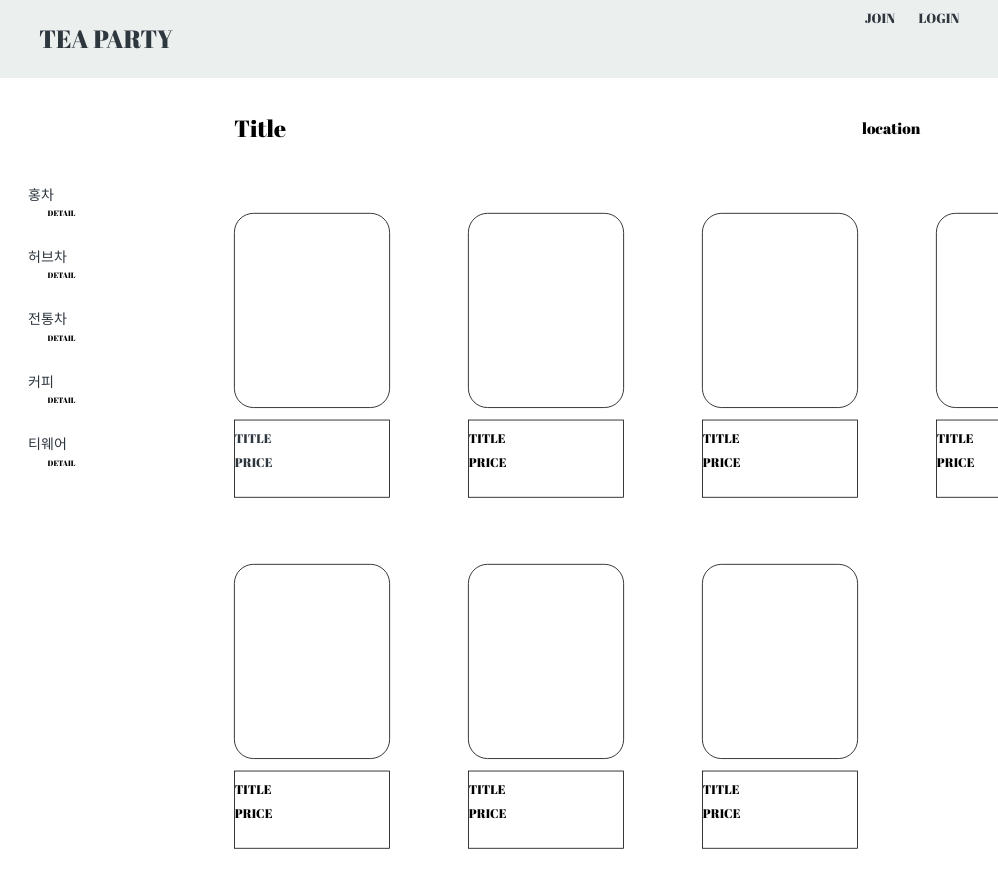
Repository: jjucc99/EZEN_PROJECT
Page: http://localhost/Project_Tea_party_12_31_humm/WEB-INF/views/main/main.jsp
These files come from the project's save history. The page is drawn as it stood at one moment and after the next save; the edit follows.
The browser window is 1280 px wide. The pictures show the whole page, at 78% of full size.
The page is served by Tomcat 9. Nobody is signed in. Other server files are loaded and not shown. The template is opened directly, without the code that normally fills it, so the values that code supplies are empty.

Above is the page before, as saved 2021-12-31 01:26:36.

### Project_Tea_party_12_31_humm/src/main/webapp/WEB-INF/views/main/main.jsp
<%--
  Created by IntelliJ IDEA.
  User: jjucc
  Date: 2021-12-28
  Time: 오전 11:15
  To change this template use File | Settings | File Templates.
--%>
<%@ page contentType="text/html;charset=UTF-8" language="java" %>
<%@ taglib uri="http://java.sun.com/jsp/jstl/core" prefix="c" %>
<html>
<head>
    <meta charset="UTF-8"/>
    <meta http-equiv="X-UA-Compatible" content="IE=edge"/>
    <meta name="viewport" content="width=device-width, initial-scale=1.0"/>
    <title>TEA PARTY</title>
    <link rel="stylesheet" href="<c:url value="/resources/css/style.css"/>"/>
</head>
<body>
<body>
<%
    String checkLogin = (String) session.getAttribute("checkLogin");
    Character checkAdmin = (Character) session.getAttribute("checkAdmin");
    Character checkMember = (Character) session.getAttribute("checkMember");
%>
<!-- $header -->
<header class="main_header">
    <div class="header_title_conteiner">
        <div class="header_title_title">
            <div class="header_title"><a href="/main">TEA PARTY</a></div>
        </div>
        <div class="header_controller_conteiner">
            <%
                if (checkLogin == "success" && checkMember == 'N') {
            %>
            <div class="header_controller">
                <a href="/mypage">MY PAGE</a>
            </div>
            <div class="header_controller">
                <a href="/cart.pay">MY SHOPPING</a>
            </div>
            <div class="header_controller">
                <a href="/logout">LOGOUT</a>
            </div>
            <%
                if (checkAdmin != 'N') {
            %>
            <div class="header_controller">
                <a href="/admin.ad">ADMIN</a>
            </div>
            <%
                }
            %>
            <%
            } else {
            %>
            <div class="header_controller">
                <a href="/join">JOIN</a>
            </div>
            <div class="header_controller">
                <a href="/login">LOGIN</a>
            </div>
            <%
                }
            %>

        </div>
    </div>
    </div>
</header>
<!-- $aside -->
<aside>
    <div class="collection_container">
        <div class="collection_context">
            <div class="collection_block">
                <div class="collection_title"><a href="/cate.item?cate_code=1">홍차</a></div>
                <div class="collecion_category">DETAIL</div>
            </div>
            <div class="collection_block">
                <div class="collection_title"><a href="/cate.item?cate_code=2">허브차</a></div>
                <div class="collecion_category">DETAIL</div>
            </div>
            <div class="collection_block">
                <div class="collection_title"><a href="/cate.item?cate_code=3">전통차</a></div>
                <div class="collecion_category">DETAIL</div>
            </div>
            <div class="collection_block">
                <div class="collection_title"><a href="/cate.item?cate_code=4">커피</a></div>
                <div class="collecion_category">DETAIL</div>
            </div>
            <div class="collection_block">
                <div class="collection_title"><a href="/cate.item?cate_code=5">티웨어</a></div>
                <div class="collecion_category">DETAIL</div>
            </div>
        </div>
    </div>
</aside>
<!-- $section -->
<section>
    <div class="item_container">
        <div class="item_container_title">
            <div class="item_container_title_title">
                Title
            </div>
            <div class="item_container_title_location">
                location
            </div>
        </div>
        <div class="item_container_items">
            <!-- 아이템의 숫자에 따라 자동으로 늘어나는 슬롯 -->
            <a href="/oneItem.item?item_code=CateListVO.item_code">
            <div class="item_container_item">
                <div class="item_item_img"></div>
                <div class="item_item_context">
                    <div class="item_item_title">TITLE</div>
                    <div class="item_item_price">PRICE</div>
                </div>
            </div>
            </a>
            <!-- end -->
            <!-- 아이템의 숫자에 따라 자동으로 늘어나는 슬롯 -->
            <div class="item_container_item">
                <div class="item_item_img"></div>
                <div class="item_item_context">
                    <div class="item_item_title">TITLE</div>
                    <div class="item_item_price">PRICE</div>
                </div>
            </div>
            <!-- end -->
            <!-- 아이템의 숫자에 따라 자동으로 늘어나는 슬롯 -->
            <div class="item_container_item">
                <div class="item_item_img"></div>
                <div class="item_item_context">
                    <div class="item_item_title">TITLE</div>
                    <div class="item_item_price">PRICE</div>
                </div>
            </div>
            <!-- end -->
            <!-- 아이템의 숫자에 따라 자동으로 늘어나는 슬롯 -->
            <div class="item_container_item">
                <div class="item_item_img"></div>
                <div class="item_item_context">
                    <div class="item_item_title">TITLE</div>
                    <div class="item_item_price">PRICE</div>
                </div>
            </div>
            <!-- end -->
            <!-- 아이템의 숫자에 따라 자동으로 늘어나는 슬롯 -->
            <div class="item_container_item">
                <div class="item_item_img"></div>
                <div class="item_item_context">
                    <div class="item_item_title">TITLE</div>
                    <div class="item_item_price">PRICE</div>
                </div>
            </div>
            <!-- end -->
            <!-- 아이템의 숫자에 따라 자동으로 늘어나는 슬롯 -->
            <div class="item_container_item">
                <div class="item_item_img"></div>
                <div class="item_item_context">
                    <div class="item_item_title">TITLE</div>
                    <div class="item_item_price">PRICE</div>
                </div>
            </div>
            <!-- end -->
            <!-- 아이템의 숫자에 따라 자동으로 늘어나는 슬롯 -->
            <div class="item_container_item">
                <div class="item_item_img"></div>
                <div class="item_item_context">
                    <div class="item_item_title">TITLE</div>
                    <div class="item_item_price">PRICE</div>
                </div>
            </div>
            <!-- end -->
        </div>
    </div>
</section>
</body>

</body>
</html>

### Project_Tea_party_12_31_humm/src/main/webapp/resources/css/style.css
@import url("https://fonts.googleapis.com/css2?family=Abril+Fatface&display=swap");
@import "reset.css";
@import "main_header.css";
@import "title_header.css";
@import "items_container.css";
@import "login.css";
@import "my_page.css";
@import "join.css";
@import "my_shopping.css";
@import "pay.css";
@import "order.css";
@import "order_list.css";

* {
  box-sizing: border-box;
}
body {
  font-family: "Abril Fatface", cursive;
  overflow: auto;
}

### Project_Tea_party_12_31_humm/src/main/webapp/resources/css/reset.css
html,
body,
div,
span,
applet,
object,
iframe,
h1,
h2,
h3,
h4,
h5,
h6,
p,
blockquote,
pre,
a,
abbr,
acronym,
address,
big,
cite,
code,
del,
dfn,
em,
img,
ins,
kbd,
q,
s,
samp,
small,
strike,
strong,
sub,
sup,
tt,
var,
b,
u,
i,
center,
dl,
dt,
dd,
ol,
ul,
li,
fieldset,
form,
label,
legend,
table,
caption,
tbody,
tfoot,
thead,
tr,
th,
td,
article,
aside,
canvas,
details,
embed,
figure,
figcaption,
footer,
header,
hgroup,
menu,
nav,
output,
ruby,
section,
summary,
time,
mark,
audio,
video {
  margin: 0;
  padding: 0;
  border: 0;
  font-size: 100%;
  font: inherit;
  vertical-align: baseline;
}
/* HTML5 display-role reset for older browsers */
article,
aside,
details,
figcaption,
figure,
footer,
header,
hgroup,
menu,
nav,
section {
  display: block;
}
body {
  line-height: 1;
}
ol,
ul {
  list-style: none;
}
blockquote,
q {
  quotes: none;
}
blockquote:before,
blockquote:after,
q:before,
q:after {
  content: "";
  content: none;
}
table {
  border-collapse: collapse;
  border-spacing: 0;
}

input:focus {
  outline: none;
}

a {
  color: #2e363e;
  text-decoration: none;
}

### Project_Tea_party_12_31_humm/src/main/webapp/resources/css/main_header.css
body {
  font-family: "Abril Fatface", cursive;
}

.main_header {
  width: 100%;
  position: fixed;
  background-color: #ebf0ef;
}

.header_title_conteiner {
  width: 100%;
  height: 100px;
  display: flex;
  justify-content: space-between;
}

.header_title_title {
  margin-left: 50px;
  display: flex;
  align-items: center;
  font-size: 32px;
}

.header_controller_conteiner {
  font-size: 17px;

  width: 500px;
  margin-top: 15px;
  margin-right: 20px;

  justify-content: flex-end;
  display: flex;
}

.header_controller {
  margin-right: 30px;
}

.collection_container {
  position: fixed;
  height: 100%;
  width: 250px;
  top: 100px;
  display: flex;
  justify-content: center;
  align-items: center;
}

.collection_context {
  margin-bottom: 70px;
  margin-right: 25px;
  width: 80%;
  height: 650px;
  display: flex;
  flex-direction: column;
  align-items: center;
  justify-content: center;
  padding-top: 10px;
}

.collection_block {
  width: 80%;
  height: 80px;
  display: flex;
  flex-direction: column;
  align-items: center;
}

.collection_title {
  margin: 10px 0px;
  width: 80%;
  height: 20px;
  margin-right: 25px;
  font-size: 18px;
}

.collecion_category {
  width: 80%;
  height: 60px;
  margin-left: 25px;
  font-size: 10px;
}

.item_container_img_box {
  width: 100%;
  height: 400px;

  background-color: aquamarine;
  display: flex;
  justify-content: center;
}

.item_container_img {
  width: 800px;
  height: 400px;

  background-color: blueviolet;
}

### Project_Tea_party_12_31_humm/src/main/webapp/resources/css/title_header.css
.title_header {
  width: 100%;
  height: 200px;
  background-color: #5e4540;
  color: white;
}

.title_header h1 {
  font-size: 50px;
  margin-bottom: 60px;
  margin-top: 35px;
}

.header_in_door {
  text-decoration: none;
  font-size: 20px;
  color: white;
}

.header_container {
  display: flex;
  align-items: center;
  flex-direction: column;
}

.header_space {
  width: 100%;
  height: 300px;
  background-color: #402009;
}

.header_space {
  display: flex;
  justify-content: center;
  align-items: center;
}

.header_space_text {
  width: 70%;
  height: 70%;
  border: 2px solid white;
}

.img_container {
  width: 100%;
  height: 800px;
  background-repeat: no-repeat;
  background-position: center;
  display: flex;
  justify-content: center;
  align-items: center;
}

.in_cafe {
  background-image: url("../img/in_cafe.jpg");
}
/*../../../../../../../design*/
.in_bed {
  background-image: url("../img/in_bed.jpg");
}

.img_detail {
  width: 70%;
  height: 70%;
  border-top: 2px solid white;
}

.img_detail a {
  color: white;
  font-size: 50px;
}

### Project_Tea_party_12_31_humm/src/main/webapp/resources/css/items_container.css
body {
  width: 100%;
  height: auto;
  overflow: auto;
}

section {
  width: 100%;
  height: auto;
  overflow: auto;
}

.item_container {
  width: auto;
  height: auto;
  margin-top: 100px;
  margin-left: 250px;
  overflow: auto;
}

.item_container_title {
  margin: 50px 0px;
  margin-right: 100px;
  margin-left: 50px;
  display: flex;
  justify-content: space-between;
  align-items: center;
}

.item_container_title_title {
  font-size: 30px;
}

.item_container_title_location {
  font-size: 20px;
}
.item_container_items {
  display: grid;
  grid-template-columns: repeat(4, minmax(300px, auto));
  grid-template-rows: repeat(auto-fit, minmax(450px, auto));
}

.item_container_item {
  width: 300px;
  height: 450px;
  display: flex;
  flex-direction: column;
  justify-content: space-around;
  align-items: center;
  padding: 35px 0px;
}

.item_item_img {
  width: 200px;
  height: 250px;
  border: 1px solid black;
  border-radius: 25px;
}

.item_item_context {
  width: 200px;
  height: 100px;
  border: 1px solid black;
}
.item_item_context {
  display: flex;
  justify-content: flex-start;
  align-items: flex-start;
  flex-direction: column;
}

.item_item_title {
  margin: 15px 0px;
}

### Project_Tea_party_12_31_humm/src/main/webapp/resources/css/login.css
main {
  height: 600px;
  display: flex;
  justify-content: center;
  align-items: center;
  flex-direction: column;
}

.login_container {
  width: 400px;
  height: 450px;
  display: flex;
  justify-content: center;
  border-bottom: 1px solid rgba(0, 0, 0, 0.1);
}

.login_title {
  margin-top: 40px;
  margin-bottom: 80px;
  text-align: center;
  font-size: 30px;
}

.login_context {
  display: flex;
  justify-content: center;
  align-content: center;
  flex-direction: column;
}

.login_box {
  display: flex;
  flex-direction: column;
  margin-bottom: 20px;
}

.login_box input {
  margin-top: 10px;
  width: 300px;
  height: 32px;
  border-radius: 8px;
  border: 0.5px solid rgba(0, 0, 0, 0.3);
}

.login_subbit {
  margin-top: 40px;
}

.login_subbit input {
  width: 300px;
  height: 40px;
  border-radius: 8px;
  border: 0.5px solid rgba(0, 0, 0, 0.3);
}

.login_join {
  width: 300px;
  height: 40px;
  margin-top: 25px;

  border: 0.5px solid rgba(0, 0, 0, 0.3);
  border-radius: 8px;

  display: flex;
  justify-content: center;
  align-items: center;
  background-color: aquamarine;
}

### Project_Tea_party_12_31_humm/src/main/webapp/resources/css/my_page.css
body {
  width: 100%;
  height: auto;
  overflow: auto;
}

section {
  width: 100%;
  height: auto;
  overflow: auto;
}

.mypage_container {
  width: auto;
  height: auto;
  margin-top: 150px;
  padding: 1px 300px;
  overflow: auto;
}

.mypage_title {
  font-size: 25px;
  border-bottom: 1px solid rgba(0, 0, 0, 0.301);
  padding-bottom: 20px;
  margin-bottom: 50px;
}

.mypage_btns {
  width: 100%;
  height: auto;

  display: flex;
  justify-content: space-between;
  align-items: center;

  padding-bottom: 100px;
  border-bottom: 1px solid rgba(0, 0%, 0%, 0.3);
}

.mypage_btn {
  width: 250px;
  height: 60px;

  border: 1px solid black;
  border-radius: 15px;

  display: flex;
  justify-content: center;
  align-items: center;
}

### Project_Tea_party_12_31_humm/src/main/webapp/resources/css/join.css
body {
  width: 100%;
  height: auto;
  overflow: auto;
}

section {
  width: 100%;
  height: auto;
  overflow: auto;
}

.join_container {
  width: auto;
  margin-top: 100px;
  overflow: auto;
  padding: 0px 300px;
}

.join_container_title {
  font-size: 25px;
  border-bottom: 1px solid rgba(0, 0, 0, 0.301);
  padding-bottom: 20px;
  margin-bottom: 50px;
}

.join_container_context {
  padding: 50px;

  border-radius: 15px;
  border: 1px solid rgba(0, 0, 0, 0.3);
}

.join_container_item {
  margin-bottom: 20px;
  display: flex;
  flex-direction: column;
}

.join_container_item input {
  margin-top: 20px;
  width: 70%;
  height: 32px;
  border-radius: 10px;
  border: 1px solid rgba(0, 0, 0, 0.3);
}

.join_container_item:nth-child(1) {
  margin-bottom: 40px;
}

.join_container_item:nth-child(3) {
  margin-bottom: 40px;
}

.join_container_btn {
  width: 100%;
  height: auto;

  margin-top: 50px;

  display: flex;
  justify-content: space-around;
  align-items: center;
}

.join_container_btn input {
  width: 300px;
  height: 40px;
  border-radius: 8px;
  border: 0.5px solid rgba(0, 0, 0, 0.3);
}

.check {
  display: flex;
  justify-content: flex-start;
  align-items: center;
}

.check_first {
  margin-right: 50px;
}

.join_container_item input[type="radio"] {
  width: 15px;
  height: 15px;
}

.address {
  display: flex;
  flex-direction: column;
  margin-bottom: 30px;
}

.address input {
  width: 150px;
  height: 28px;
  border-radius: 8px;
  border: 0.5px solid rgba(0, 0, 0, 0.3);
  margin: 10px 0px;
  margin-right: 20px;
}

.address input[type="button"] {
  border: none;
  border-radius: 10px;
}

.address_search_second input {
  width: 275px;
  height: 28px;
}

### Project_Tea_party_12_31_humm/src/main/webapp/resources/css/order.css
main {
  width: auto;
  height: auto;
  padding: 0px 300px;
  margin-top: 100px;


}

.order_container {
  width: 100%;
  height: auto;

  border-bottom: 1px solid rgba(0, 0, 0, 0.3);
  margin-bottom: 100px;
}

.order_container_title {
  width: 100%;
  height: 50px;
  border-bottom: 1px solid rgba(0, 0, 0, 0.3);

  font-size: 28px;
  margin-bottom: 50px;
}

.oorder_container_items {
  margin-bottom: 50px;
}

.order_container_items_item_code {
  width: 100%;
  height: 50px;

  font-size: 18px;
  display: flex;
  align-items: flex-end;
  margin-bottom: 20px;
  padding-bottom: 20px;

  border-bottom: 1px solid rgba(0, 0, 0, 0.3);
}

.order_container_items_item_code span:last-child {
  margin-left: 30px;
}

.order_container_img {
  width: 120px;
  height: 120px;

}

.order_container_items_item_box {
  height: 100%;
  display: flex;
  justify-content: space-between;

  padding: 40px 0px;
}

.order_container_text {
  width: 40%;
  height: 120px;

  display: flex;
  align-items: center;
  justify-content: space-between;

  flex-direction: column;
}

.order_container_context {
  width: 30%;
  height: 120px;

  display: flex;
  align-items: center;
  justify-content: space-between;

  flex-direction: column;

}

.order_container_text_name {
  height: 30%;
  width: 80%;
}

.order_container_text_count {
  height: 30%;
  width: 80%;
}
.order_container_text_sum {
  height: 30%;
  width: 80%;
}

.order_container_context_date {
  height: 30%;
  width: 80%;

  display: flex;
  justify-content: center;
  align-items: center;
}
.order_container_context_delivery_status {
  height: 30%;
  width: 80%;

  display: flex;
  justify-content: center;
  align-items: center;
}

.order_container_context_btn {
  height: 30%;
  width: 80%;
}

.order_container_context_btn {
  display: flex;
  justify-content: space-between;
  align-items: center;
}

.order_container_context_btn input {
  border: none;
  border-radius: 5px;
  height: 100%;
}

.order_container_context_btn input:first-child {
  width: 60%;
}

.order_container_context_btn input:last-child {
  width: 30%;
}

Loaded but not shown: Project_Tea_party_12_31_humm/src/main/webapp/resources/css/order_list.css (247 lines, source omitted); Project_Tea_party_12_31_humm/src/main/webapp/resources/css/my_shopping.css (235 lines, source omitted); Project_Tea_party_12_31_humm/src/main/webapp/resources/css/pay.css (230 lines, source omitted)

After the next save:
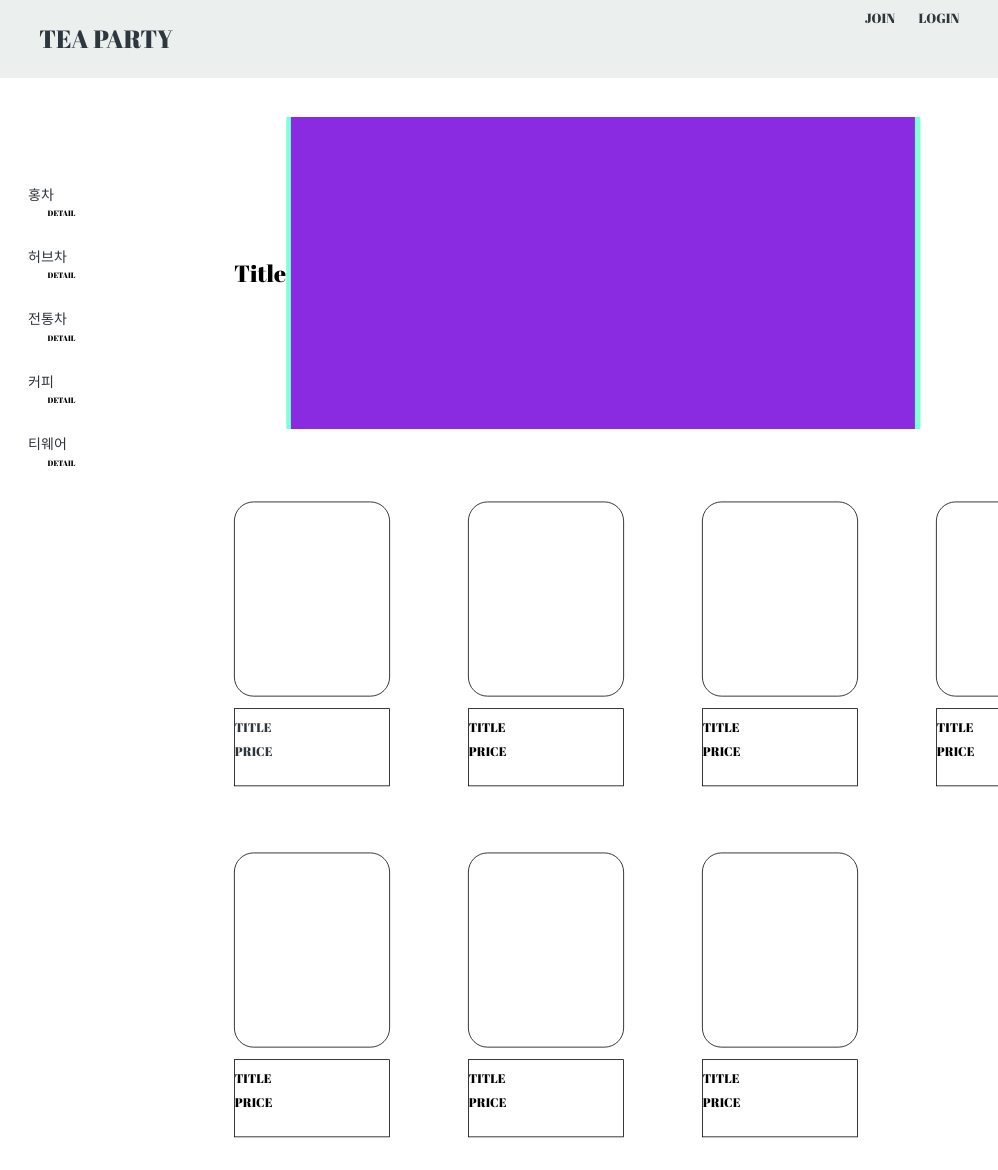
Saved 8 min 47 s later.
--- a/Project_Tea_party_12_31_humm/src/main/webapp/WEB-INF/views/main/main.jsp
+++ b/Project_Tea_party_12_31_humm/src/main/webapp/WEB-INF/views/main/main.jsp
@@ -101,10 +101,10 @@
             <div class="item_container_title_title">
                 Title
             </div>
-            <div class="item_container_title_location">
-                location
-            </div>
-        </div>
+				<div class="item_container_img_box">
+					<div class="item_container_img"></div>
+				</div>
+			</div>
         <div class="item_container_items">
             <!-- 아이템의 숫자에 따라 자동으로 늘어나는 슬롯 -->
             <a href="/oneItem.item?item_code=CateListVO.item_code">

After the save that followed:
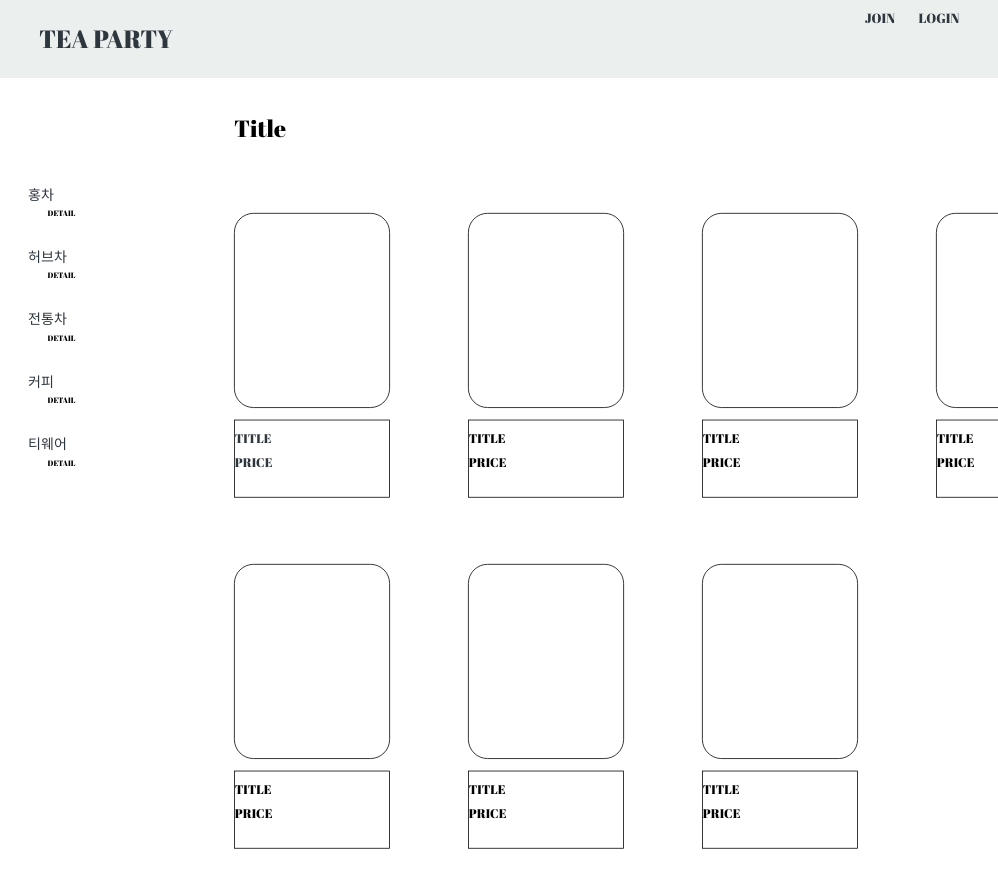
Saved 86 s later.
--- a/Project_Tea_party_12_31_humm/src/main/webapp/WEB-INF/views/main/main.jsp
+++ b/Project_Tea_party_12_31_humm/src/main/webapp/WEB-INF/views/main/main.jsp
@@ -101,10 +101,7 @@
             <div class="item_container_title_title">
                 Title
             </div>
-				<div class="item_container_img_box">
-					<div class="item_container_img"></div>
-				</div>
-			</div>
+        </div>
         <div class="item_container_items">
             <!-- 아이템의 숫자에 따라 자동으로 늘어나는 슬롯 -->
             <a href="/oneItem.item?item_code=CateListVO.item_code">
